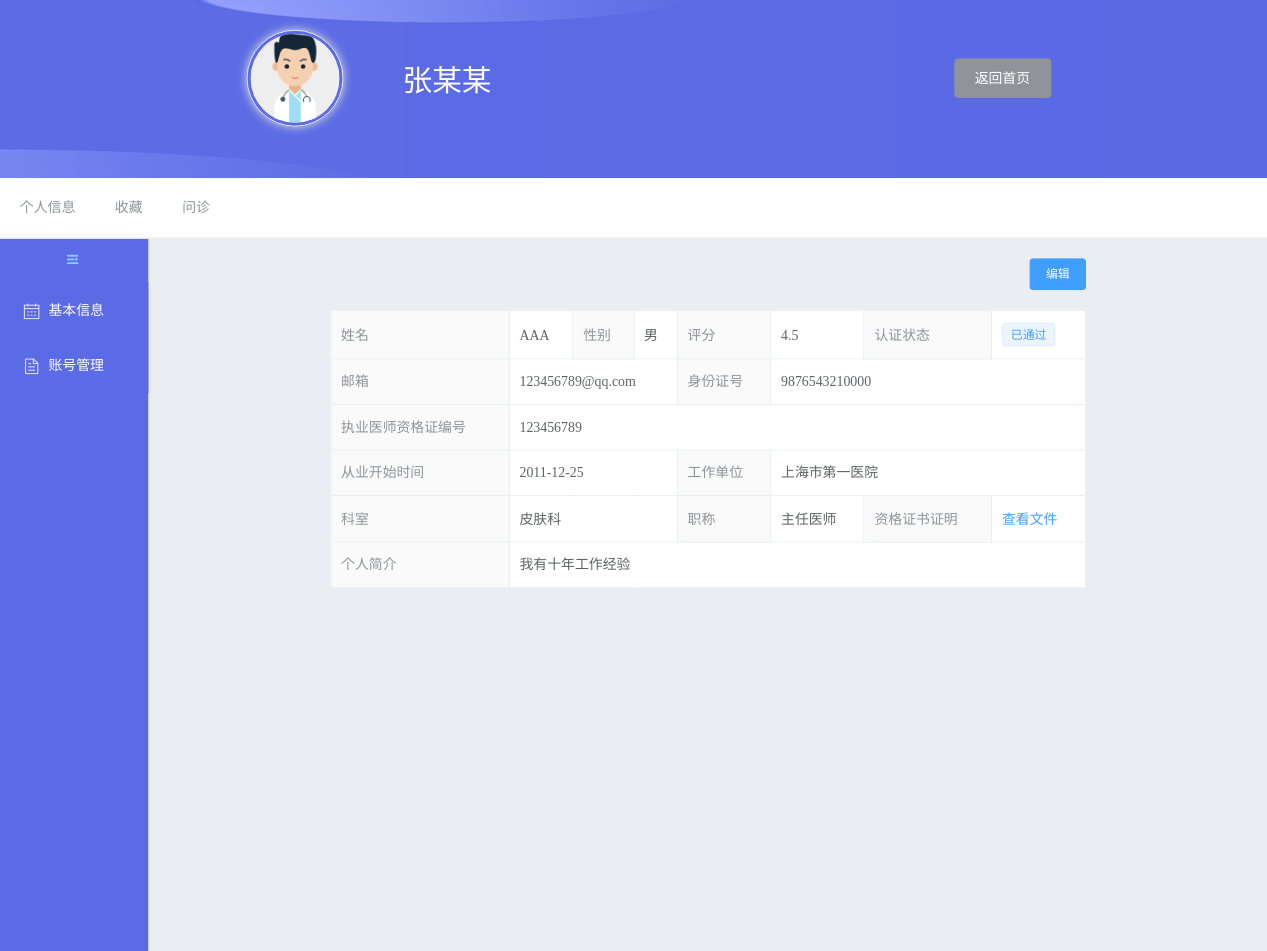
Repository: DiscreteL/SOA_Front
Page: /#/docInfo
These files come from the project's save history. The page is drawn as it stood at one moment and after a run of saves; the edit follows.
The browser window is 1280 px wide. The pictures show the whole page, at 99% of full size.
The project was rebuilt for these pictures with package versions that can differ from the ones it lists, and the page was loaded fresh each time. Also part of the build but not shown: vue.config.js, src/components/navigation.vue, src/components/dialog.vue, src/views/news.vue, src/components/announcement.vue, src/components/patientKnow.vue, src/views/Home.vue, src/views/login.vue and 15 more.

Above is the page before, as saved 2021-11-29 09:48:58.

### src/main.js
import Vue from 'vue'
import App from './App.vue'
import router from './router'
import store from './store'
import ElementUI from 'element-ui';
import 'element-ui/lib/theme-chalk/index.css';
import instance_ from "@/utils/api";

Vue.use(ElementUI);

Vue.config.productionTip = false

Vue.prototype.instance = instance_

new Vue({
  router,
  store,
  render: h => h(App)
}).$mount('#app')

router.beforeEach((to, from, next) => {
  /* 路由发生变化修改页面title */
  if (to.meta.title) {
      document.title = to.meta.title
  }
  next()
})

### src/App.vue
<template>
  <div id="app">
    <router-view/>
  </div>
</template>

<style lang="less" scoped>
</style>

<script>
export default {
  name: 'app'
}
</script>

### src/router/index.js
import Vue from 'vue'
import VueRouter from 'vue-router'
import Home from '../views/Home.vue'
import Login from '../views/login.vue'
import Register from '../views/register.vue'
import News from '../views/news.vue'
import Online from '../views/online.vue'
import diseaseInfo from '../views/diseaseInfo.vue'
import adminHome from '../views/admin/adminHome.vue'
import docApp from '../views/docApplication/index.vue'
import problemList from '../views/problem/index.vue'
import problemAdd from '../views/problem/problemAdd.vue'
import message from '../views/message/index.vue'
import report from '../views/report/index.vue'

Vue.use(VueRouter)

const routes = [
  { path: '/', redirect: '/login' },
  {
    path: '/home',
    name: 'Home',
    component: Home,
    meta: { title: '欢迎来到济病通！' }
  },
  {
    path: '/login',
    name: 'Login',
    component: Login,
    meta: { title: '请先登录！' }
  },
  {
    path: '/register',
    name: 'Register',
    component: Register,
    meta: { title: '请先注册！' }
  },
  {
    path: '/news',
    name: 'News',
    component: News,
    meta: { title: '科普资讯' }
  },
  {
    path: '/online',
    name: 'Online',
    component: Online,
    meta: { title: '线上问诊预约' }
  },
  {
    path: '/diseaseInfo',
    name: 'diseaseInfo',
    component: diseaseInfo,
    meta: { title: '疾病信息库' }
  },
  {
    path: '/adminHome',
    name: 'adminHome',
    component: adminHome,
    meta: { title: '管理员主页' },
    children: [
      {
        path: '/docApp',
        component: docApp,
        meta: { title: '医生资格认证申请' }
      },
      {
        path: '/problemList',
        component: problemList,
        meta: { title: '问题列表' }
      },
      {
        path: '/problemAdd',
        component: problemAdd,
        meta: { title: '添加常见问题' }
      },
      {
        path: '/report',
        component: report,
        meta: { title: '反馈列表' }
      },
      {
        path: '/message',
        component: message,
        meta: { title: '资讯列表' }
      },
    ]
  },
  {
    path: '/userhome2',
    name: 'UserHome2',
    component: () => import('../views/doctor/userHome2.vue'),
    redirect: '/docInfo',
    children: [{
      path: '/docInfo',
      component: () => import('../views/doctor/info/docInfo.vue'),
      meta: { title: '基本信息' },
    },
    {
      path: '/accmanage',
      component: () => import('../views/doctor/info/accManage.vue'),
      meta: { title: '账号管理' },
    },
    ]
  },
  {
    path: '/userhome1',
    name: 'UserHome1',
    component: () => import('../views/patient/UserHome1.vue'),
    redirect: '/esseninfo',
    children: [{
      path: '/esseninfo',
      component: () => import('../views/patient/info/EssenInfo.vue'),
      meta: { title: '基本信息' },
    },
    {
      path: '/accmanage',
      component: () => import('../views/patient/info/AccManage.vue'),
      meta: { title: '账号管理' },
    },
    ]
  },

  {
    path: '/collection',
    name: 'Collection',
    component: () => import('../views/patient/Collection.vue'),
    redirect: 'collection/person',

    children: [{
      path: 'person',
      component: () => import('../views/patient/collection/Person.vue'),
      meta: { title: '关注人' },

    },
    {
      path: 'video',
      component: () => import('../views/patient/collection/Video.vue'),
      meta: { title: '收藏视频' },

    },
    {
      path: 'article',
      component: () => import('../views/patient/collection/Article.vue'),
      meta: { title: '收藏推文' },
    },
    ]
  },
  {
    path: '/consult',
    name: 'Consult',
    component: () => import('../views/patient/Consult.vue'),
    redirect: '/consult/record',
    children: [
      {
        path: 'total',
        component: () => import('../views/patient/consult/apply/TotalApply.vue'),
        meta: { title: '预约' }

      },
      {
        path: 'success',
        component: () => import('../views/patient/consult/apply/SucApply.vue'),
        meta: { title: '预约' },
      },
      {
        path: 'fail',
        component: () => import('../views/patient/consult/apply/FailApply.vue'),
        meta: { title: '预约' },
      },
      {
        path: 'wait',
        component: () => import('../views/patient/consult/apply/WaitApply.vue'),
        meta: { title: '预约' },
      },
      {
        path: 'record',
        name: 'Record',
        component: () => import('../views/patient/consult/Record.vue'),
        meta: { title: '问诊记录' }

      }
    ]
  },
  {
    path: '/help',
    name: 'Help',
    component: () => import('../views/patient/Help.vue'),
    meta: { title: '帮助中心' }
  },

  // {
  //   path: '/about',
  //   name: 'About',
  //   // route level code-splitting
  //   // this generates a separate chunk (about.[hash].js) for this route
  //   // which is lazy-loaded when the route is visited.
  //   component: () => import(/* webpackChunkName: "about" */ '../views/About.vue')
  // }
]

const router = new VueRouter({
  routes
})

export default router

### src/utils/api.js
//输出通用axios实例
import axios from 'axios';
axios.defaults.withCredentials = false

const instance = axios.create({
  timeout: 10000,
   headers: {
    'Content-Type': "multipart/form-data;charset=utf-8",
  }
});

export default {
  //GqvbYer04485869e6b5acbed4ed10dfd79468f6d84577b1

   diseaseList (data) {
     return instance.get("https://api.apishop.net/common/disease/queryDiseaseList?apiKey=GqvbYer04485869e6b5acbed4ed10dfd79468f6d84577b1&page=1&pageSize=50", data);
   },
   diseaseInfo(data){
    return instance.get("https://api.apishop.net/common/disease/queryDiseaseInfo?apiKey=GqvbYer04485869e6b5acbed4ed10dfd79468f6d84577b1&diseaseID="+data);
   }


//   allUser () {
//     return instance.post('/api/user');
//   },
//   allProduct () {
//    return instance.post('/api/product')
//   },
//   upload (data) {
//     return instance.post('/api/upload',data)
//   },
//   regist (data){
//   	return instance.post('/api/createOrUpdateUser',data)
//   }
};

### src/views/doctor/userHome2.vue
<template>
  <div class="home_container">
    <UserHomeNav2></UserHomeNav2>
    <el-container>
      <!--侧边栏-->
      <el-aside :width="isCollapse ? '64px' : '150px'">
        <div class="toggle-button" @click="toggleCollapse">
          <div v-if="this.isCollapse == true">
            <i class="el-icon-s-fold"></i>
          </div>
          <div v-else>
            <i class="el-icon-s-unfold"></i>
          </div>
        </div>
        <el-menu
          background-color="#5b6be5"
          text-color="#fff"
          active-text-color="#409EFF"
          :collapse="isCollapse"
          :collapse-transition="false"
          :router="true"
          :default-active="activePath"
        >
          <!-- :unique-opened="true"->只允许展开一个菜单 -->
          <!-- :collapse-transition="false" -> 关闭动画 -->
          <!-- router -> 导航开启路由模式 -->
          <el-menu-item index="/esseninfo" @click="saveNavState('/esseninfo')">
            <i class="el-icon-date" style="color: #dcdcdc"></i>
            <span slot="title">基本信息</span>
          </el-menu-item>
          <el-menu-item index="/accmanage" @click="saveNavState('/accmanage')">
            <i class="el-icon-document" style="color: #dcdcdc"></i>
            <span slot="title">账号管理</span>
          </el-menu-item>
        </el-menu>
      </el-aside>
      <!--右侧主体区-->
      <el-main>
        <router-view></router-view>
      </el-main>
    </el-container>
    <!-- 个人信息部分 -->
    <!-- <div class="Info" style="color:#909399">
            <strong> 姓名：</strong>{{ userInfo.name }} <br />
            <strong>身份证号：</strong>{{ userInfo.number }} <br />
            <strong>出生日期：</strong>{{ userInfo.borndate }} <br />
            <strong>性别：</strong>{{ userInfo.gender }} <br />
            <strong>邮箱：</strong>{{ userInfo.mail }} <br />
            <strong>身高：</strong>{{ userInfo.height }} <br />
            <strong>体重：</strong>{{ userInfo.weight }} <br />
            <strong>血压：</strong>{{ userInfo.bloodpressure }} <br />
            <strong>心率：</strong>{{ userInfo.heartrate }}
          </div> -->
  </div>
</template>

<script>
import UserHomeNav2 from "@/components/userhomenav2.vue";

export default {
  name: "userHome2",
  components: {
    UserHomeNav2,
  },
  // data() {
  //   return {
  //     // 返回个人信息
  //     // userID: window.sessionStorage.getItem("id"),
  //     userInfo: {}, //用户个人信息
  //     item: {
  //       id: "",
  //     },
  //   };
  // },
  data() {
    return {
      // 默认不折叠
      isCollapse: false,
      // 被激活导航地址
      activePath: "",
    };
  },
  created() {
    this.getMenuList();
    this.activePath = window.sessionStorage.getItem("activePath");
  },
  methods: {
    toggleCollapse() {
      this.isCollapse = !this.isCollapse;
    },
    saveNavState(activePath) {
      window.sessionStorage.setItem("activePath", activePath);
      this.activePath = activePath;
    },
  },
};
</script>

<style lang="less" scoped>
// .Info {
//   text-align: left;
//   font: 15px "Microsoft YaHei";
//   align-content: center;
//   width: 80%;
//   position: relative;
// }
html,
body {
  width: 100%;
  height: 100%;
  margin: 0px;
  padding: 0px;
}
.home_container {
  height: 100vh;
}
.el-container {
  height: 100%;
}
.el-aside {
  background-color: #5b6be5;
  .el-menu {
    border-right: none;
  }
}
.el-main {
  background-color: #eaedf1;
}
.toggle-button {
  background-color: #5b6be5;
  font-size: 15px;
  line-height: 24px;
  color: #87cefa;
  text-align: center;
  letter-spacing: 0.2em;
  cursor: pointer;
  padding: 10px;
}
.logo_box {
  height: 60px;
  width: 60px;
  border: 5px #53868b;
  border-radius: 50%; /* 圆角 */
  position: relative;
  margin: 30px;
}
.port_box img {
  width: 100%;
  height: 100%;
  border-radius: 50%; /* 圆角 */
  background-color: #53868b;
}
</style>

### src/views/doctor/info/docInfo.vue
<template>
  <div class="docInfoForm">
    <el-descriptions class="margin-top" :column="4" :size="size" border>
      <template slot="extra">
        <el-button type="primary" size="small">编辑</el-button>
      </template>
      <el-descriptions-item label="姓名">AAA</el-descriptions-item>
      <el-descriptions-item label="性别">男</el-descriptions-item>
      <el-descriptions-item label="评分">4.5</el-descriptions-item>
      <el-descriptions-item>
      <template slot="label">认证状态</template>
      <el-tag size="small">已通过</el-tag>
    </el-descriptions-item>
      <el-descriptions-item label="邮箱" :span="2">123456789@qq.com</el-descriptions-item>
      <el-descriptions-item label="身份证号" :span="2"
        >9876543210000</el-descriptions-item
      >
      <el-descriptions-item label="执业医师资格证编号" :span="4"
        >123456789</el-descriptions-item
      >
      <el-descriptions-item label="从业开始时间" :span="2">2011-12-25</el-descriptions-item>
      <el-descriptions-item label="工作单位" :span="4"
        >上海市第一医院</el-descriptions-item
      >
      <el-descriptions-item label="科室" :span="2">皮肤科</el-descriptions-item>
      <el-descriptions-item label="职称" :span="1">主任医师</el-descriptions-item>
      <el-descriptions-item label="资格证书证明">
        <el-link type="primary">查看文件</el-link>
      </el-descriptions-item>
      <el-descriptions-item label="个人简介" :span="4"
        >我有十年工作经验</el-descriptions-item
      >
    </el-descriptions>
  </div>
</template>

<script>
export default {
  data() {
    return {
      size: "",
    };
  },
};
</script>

<style scoped>
.docInfoForm {
  width: 70%;
  margin: 0 auto;
  bottom:10%;
}
</style>

### src/components/userhomenav2.vue
<template>
  <div class="container">
    <div class="head">
      <div class="background">
        <img src="@/assets/back.jpg" alt="" width="100%" height="100%" />
      </div>
      <div class="headmain">
        <div class="left">
          <!-- 头像部分 -->
          <div class="port_box">
            <img src="../assets/docPort.png" />
          </div>

          <!-- 个人信息部分 -->
          <div
            class="Info"
            style="color: white; font-size: 30px; font-family: 宋体"
          >
            {{ userName }}<br />
          </div>
        </div>
        <div>
          <el-button type="info" @click="returnhome">返回首页</el-button>
        </div>
      </div>
    </div>
    <div class="navBar">
      <el-menu
        :default-active="this.$route.path"
        class="el-menu-demo"
        router
        mode="horizontal"
        active-text-color="#409EFF"
      >
        <el-menu-item v-for="(item, i) in navList" :key="i" :index="item.name">
          {{ item.navItem }}
        </el-menu-item>
      </el-menu>
    </div>
    <div></div>
  </div>
</template>

<script>
export default {
  name: "UserHomeNav2",
  data() {
    return {
      //   userID: window.sessionStorage.getItem("id"),
      userName: "张某某",
      navList: [
        { name: "/userHome2", navItem: "个人信息" },
        { name: "/collection", navItem: "收藏" },
        { name: "/consult", navItem: "问诊" },
        // { name: "/help", navItem: "帮助中心" },
      ],
    };
  },
  methods: {
    returnhome(){
      this.$router.push("/home");
    }
  },
};
</script>

<style scoped>
.head {
  height: 180px;
  width: 100%;
}
.background {
  width: 100%;
  height: 180px;
  z-index: -1;
  position: absolute;
}
.headmain {
  display: flex;
  justify-content: space-around;
  align-items: center;

}
.left {
  display: flex;
  align-items: center;
}
.port_box {
  height: 90px;
  width: 90px;
  border: 1px solid #eee;
  border-radius: 50%; /* 圆角 */
  padding: 3px; /*图片和边框之间的间距 */
  box-shadow: 0 0 10px #ddd; /*阴影 */
  position: relative;
  margin: 30px;
}
.port_box img {
  width: 100%;
  height: 100%;
  border-radius: 50%; /* 圆角 */
  background-color: #eee;
}

.Info {
  text-align: left;
  font: 15px "Microsoft YaHei";
  margin: 30px;
  position: relative;
}
</style>

### src/axios/url.js
import patient from './modules/patient';
import alluser from './modules/alluser';
import doctor from './modules/doctor';
import admin from './modules/admin';
export default {
    patient,
    alluser,
    doctor,
    admin,
};

### src/axios/request.js
import axios from './axios';
export default {
  // get请求
  get(url, param) {
    return new Promise((resolve, reject) => {
      axios({
        method: 'get',
        url,
        params: param
      })
        .then((res = {}) => {
          if (res.code !== '200') reject(res);
          resolve(res);
        })
        .catch(_ => {
          reject(_)});
    });
  },
  // post请求
  post(url, param) {
    return new Promise((resolve, reject) => {
      axios({
        method: 'post',
        url,
        data: param,
      })
        .then((res = {}) => {
          if (res.code !== '200') reject(res);
          resolve(res);
        })
        .catch(_ => reject(_));
    });
  },
};

### src/axios/modules/patient.js
export default {
    getDocListData:'/Patient/GetDoctorList',
    getDrugData:'/Patient/GetDrugInforList',
    getHosData:'/Patient/GetHospitalList',
    getNoticeData:'/Patient/GetNoticeList',
    getDiseaseData:'/Patient/GetDiseaseList',
    patientLogin:'/Patient/Login',
    doctorLogin:'/Doctor/Login',
    patientRegister:'/Patient/Register',
    doctorRegister:'/Doctor/Register',
    postReservationData:'/Patient/PostReservation',
    sendAcidForm:'/Patient/PostAppOfNuc',
    sendOffineReservation:'/Patient/PostOfflineApp',
    getCart:'/Patient/GetCart',
    clearCart:'/Patient/EmptyCart',
    addCart:'/Patient/AddDrug',
    getDocInfoData:'/Patient/GetDoctor',
    getDrugsIncludedListData:'/Patient/GetIncludeList',
    postRateData:'/Patient/PostRating',
    getPreData:'/Patient/GetPre',
    getDiseaseListData:'/Patient/GetDiseaseList',//存在重复
    getDepartmentListData:'/Patient/GetDepartmentList',//存在重复
    getPatientInfo:'/Patient/GetPatiInfor',
    postAutoAddData:'/Patient/AutoAddDrug',
    getDrugListData:'/Patient/GetDrugInforList',//存在重复
    getLocalImg:'/Patient/GetImg',
    getNAT:'/Patient/GetAppsOfNuc',
    postNoticeData:'/Admin/PostNotice',
    deleteNotice:'/Admin/DeleteNotice',
    getPaiIno:'/Patient/GetPatient',
    getOfflineApp:'/Patient/GetOfflineAppList',
    getReservations:'/Patient/GetReservations',
    getPatiBMI:'/Patient/GetPatiInfor',
    getHospital:'/Patient/GetHospital',
    getPreData:'/Patient/GetPre',
    postPaiIno:'/Patient/ModInfor',
    postUpdateReservation:'Patient/UpdateReservation',
    postRectifyOfflineApp:'/Patient/RectifyOfflineApp',
    postRectifyNucleicApp:'/Patient/RectifyNucleicApp',
    updateReservationData:'/Patient/UpdateReservation',
    getDoctorData:'/Doctor/GetDoctor',
    getRecordsData:'/Doctor/GetReservationLists',
    getCompletedRecordsData:'/Doctor/GetRecords'
  };

### src/axios/modules/alluser.js
export default{
    sendChatMes:'/Base/PostChat',
    getChatMes:'/Base/GetChat'
};

### src/axios/modules/doctor.js
export default {
    getPatientInfoData:'/Doctor/GetPatient',
    postPreData:'/Doctor/PostPre',
    postMedicineIncludedData:'/Doctor/PostInclude',
    postReportData:'/Doctor/PostReport',
    getDocIno:'/Doctor/GetDoctor',
};

### src/axios/modules/admin.js
export default {
    getReportListData:'/Admin/GetReportForms',
    getNoticeListData:'/Admin/GetNoticeList',
    postNoticeData:'/Admin/PostNotice'
}

Loaded but not shown: public/index.html (common file); src/store/index.js (common file); src/service/userService.js (198 lines, source omitted); src/axios/axios.js (134 lines, source omitted)

After the next 6 saves:
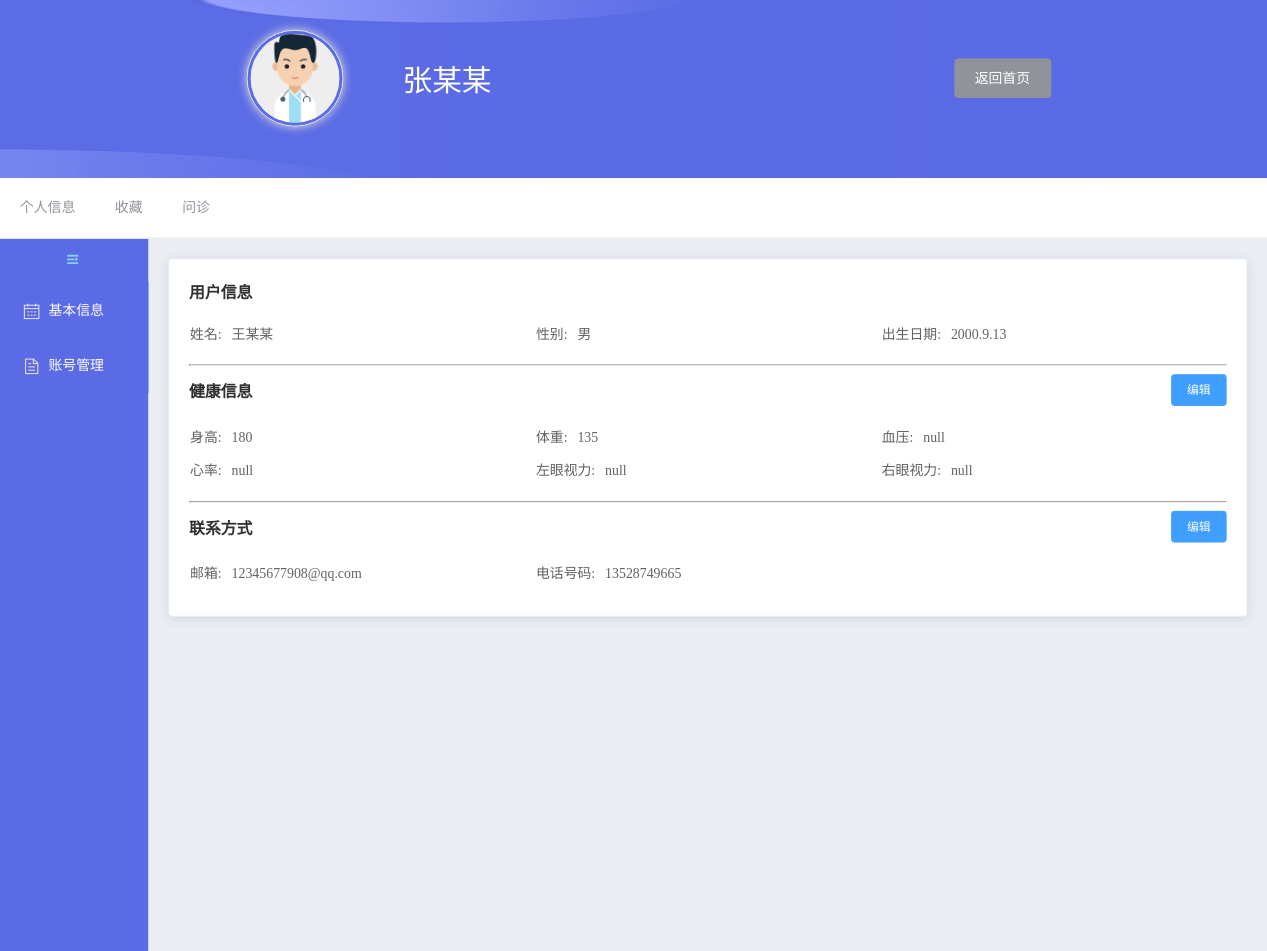
The 6 saves are shown as one change because 5 did not build or start.
The last was saved 18 min 58 s later.
--- a/src/router/index.js
+++ b/src/router/index.js
@@ -97,7 +97,7 @@ const routes = [
       meta: { title: '基本信息' },
     },
     {
-      path: '/accmanage',
+      path: '/accManage',
       component: () => import('../views/doctor/info/accManage.vue'),
       meta: { title: '账号管理' },
     },
@@ -107,7 +107,6 @@ const routes = [
     path: '/userhome1',
     name: 'UserHome1',
     component: () => import('../views/patient/UserHome1.vue'),
-    redirect: '/esseninfo',
     children: [{
       path: '/esseninfo',
       component: () => import('../views/patient/info/EssenInfo.vue'),
--- a/src/views/doctor/userHome2.vue
+++ b/src/views/doctor/userHome2.vue
@@ -24,11 +24,11 @@
           <!-- :unique-opened="true"->只允许展开一个菜单 -->
           <!-- :collapse-transition="false" -> 关闭动画 -->
           <!-- router -> 导航开启路由模式 -->
-          <el-menu-item index="/esseninfo" @click="saveNavState('/esseninfo')">
+          <el-menu-item index="/docInfo" @click="saveNavState('/docInfo')">
             <i class="el-icon-date" style="color: #dcdcdc"></i>
             <span slot="title">基本信息</span>
           </el-menu-item>
-          <el-menu-item index="/accmanage" @click="saveNavState('/accmanage')">
+          <el-menu-item index="/accManage" @click="saveNavState('/accManage')">
             <i class="el-icon-document" style="color: #dcdcdc"></i>
             <span slot="title">账号管理</span>
           </el-menu-item>
--- a/src/views/doctor/info/docInfo.vue
+++ b/src/views/doctor/info/docInfo.vue
@@ -1,53 +1,75 @@
 <template>
-  <div class="docInfoForm">
-    <el-descriptions class="margin-top" :column="4" :size="size" border>
+  <el-card>
+    <el-descriptions title="用户信息">
+      <el-descriptions-item label="姓名"
+        >王某某{{ userInfo.name }}</el-descriptions-item
+      >
+      <el-descriptions-item label="性别">
+        男{{ userInfo.gender }}</el-descriptions-item
+      >
+      <el-descriptions-item label="出生日期">2000.9.13</el-descriptions-item>
+    </el-descriptions>
+    <hr />
+    <el-descriptions
+      class="margin-top"
+      title="健康信息"
+      :column="3"
+      :size="size"
+    >
       <template slot="extra">
         <el-button type="primary" size="small">编辑</el-button>
       </template>
-      <el-descriptions-item label="姓名">AAA</el-descriptions-item>
-      <el-descriptions-item label="性别">男</el-descriptions-item>
-      <el-descriptions-item label="评分">4.5</el-descriptions-item>
-      <el-descriptions-item>
-      <template slot="label">认证状态</template>
-      <el-tag size="small">已通过</el-tag>
-    </el-descriptions-item>
-      <el-descriptions-item label="邮箱" :span="2">123456789@qq.com</el-descriptions-item>
-      <el-descriptions-item label="身份证号" :span="2"
-        >9876543210000</el-descriptions-item
+      <el-descriptions-item label="身高"
+        >180{{ userInfo.height }}</el-descriptions-item
       >
-      <el-descriptions-item label="执业医师资格证编号" :span="4"
-        >123456789</el-descriptions-item
+      <el-descriptions-item label="体重"
+        >135{{ userInfo.weight }}</el-descriptions-item
       >
-      <el-descriptions-item label="从业开始时间" :span="2">2011-12-25</el-descriptions-item>
-      <el-descriptions-item label="工作单位" :span="4"
-        >上海市第一医院</el-descriptions-item
+      <el-descriptions-item label="血压"
+        >null{{ userInfo.bloodpressure }}</el-descriptions-item
       >
-      <el-descriptions-item label="科室" :span="2">皮肤科</el-descriptions-item>
-      <el-descriptions-item label="职称" :span="1">主任医师</el-descriptions-item>
-      <el-descriptions-item label="资格证书证明">
-        <el-link type="primary">查看文件</el-link>
-      </el-descriptions-item>
-      <el-descriptions-item label="个人简介" :span="4"
-        >我有十年工作经验</el-descriptions-item
+      <el-descriptions-item label="心率"
+        >null{{ userInfo.heartrate }}</el-descriptions-item
+      >
+      <el-descriptions-item label="左眼视力"
+        >null{{ userInfo.lefteye }}</el-descriptions-item
+      >
+      <el-descriptions-item label="右眼视力"
+        >null{{ userInfo.righteye }}</el-descriptions-item
       >
     </el-descriptions>
-  </div>
+
+    <hr />
+    <el-descriptions
+      class="margin-top"
+      title="联系方式"
+      :column="3"
+      :size="size"
+    >
+      <template slot="extra">
+        <el-button type="primary" size="small">编辑</el-button>
+      </template>
+      <el-descriptions-item label="邮箱"
+        >12345677908@qq.com{{ userInfo.mail }}</el-descriptions-item
+      >
+      <el-descriptions-item label="电话号码"
+        >13528749665{{ userInfo.tel }}</el-descriptions-item
+      >
+      >
+    </el-descriptions>
+  </el-card>
 </template>
-
 <script>
 export default {
   data() {
     return {
-      size: "",
+      // 返回个人信息
+      // userID: window.sessionStorage.getItem("id"),
+      userInfo: {}, //用户个人信息
+      item: {
+        id: "",
+      },
     };
   },
 };
 </script>
-
-<style scoped>
-.docInfoForm {
-  width: 70%;
-  margin: 0 auto;
-  bottom:10%;
-}
-</style>
